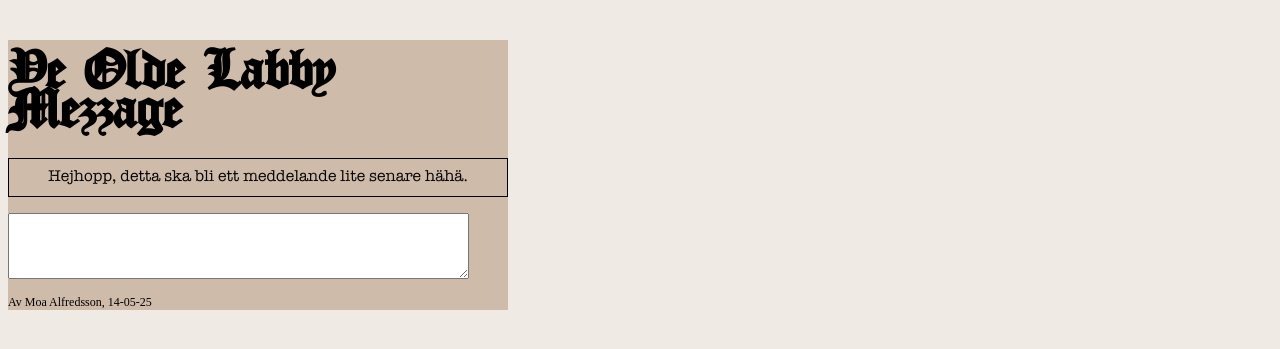
Repository: ma223md/1dv403-laborationer
Page: 2-labbymezzage/index.html
The author's editor kept a record of every edit. The page is drawn from the files as they stood at one moment, then again after the next edit.
The browser window is 1280 px wide. The pictures show the whole page.

Above is the page before.

### 2-labbymezzage/index.html
<!DOCTYPE html>
<html>
    <head>
        <meta charset="UTF-8" />
        <link rel="stylesheet" href="labbymezzagestyle.css" />
        <script src="js/motor.js"></script>
        <script src="js/message.js"></script>
        <title>Labby Mezzage</title>
    </head>
    <body>
        <div id="container">
            <header>
                <h1>Ye Olde Labby Mezzage</h1>
            </header>

            <main>
                <p>Hejhopp, detta ska bli ett meddelande lite senare hähä.</p>
                <textarea rows="4" cols="55"></textarea>
            </main>

            <footer>
                <p>Av Moa Alfredsson, 14-05-25</p>
            </footer>
        </div>
    </body>
</html>

### 2-labbymezzage/labbymezzagestyle.css
@font-face {
    font-family: headline;
    src: url(../2-labbymezzage/fonts/OldLondon.ttf);
}

@font-face {
    font-family: article;
    src: url(fonts/linowrite.ttf);
}

body
{
    background-color: #efebe4;
}

#container {
    width: 500px;
    background-color: #cfbbaa;
}

main p {
    font-family: article;
    text-align: center;
    padding-top: 10px;
    padding-bottom: 10px;
    border-style: solid;
    border-width: 1px;
}

h1 {
    font-family: headline;
    font-size: 60px;
}

footer {
    font-size: 12px;
}

Loaded but not shown: 2-labbymezzage/js/message.js (no copy from this time; the picture is the same without it); 2-labbymezzage/js/motor.js (no stored copy; drawn as an empty file)

After the next edit:
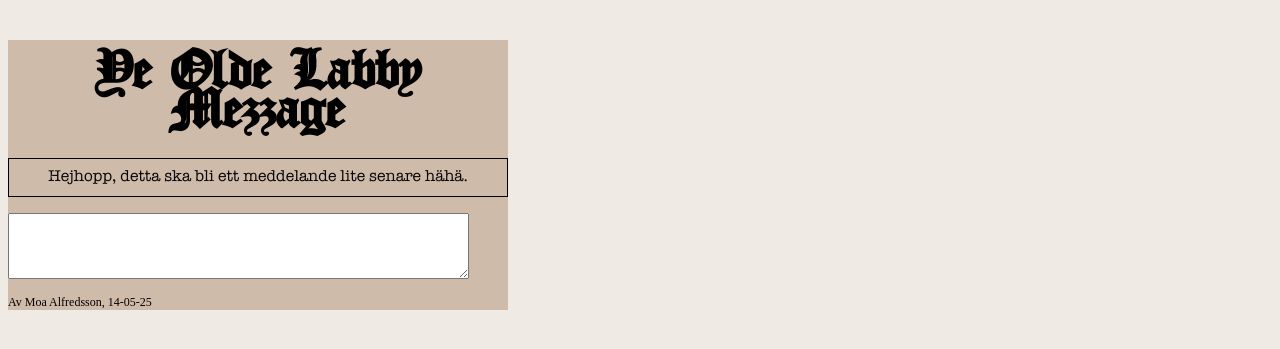
The edit:
--- a/2-labbymezzage/labbymezzagestyle.css
+++ b/2-labbymezzage/labbymezzagestyle.css
@@ -11,6 +11,10 @@
 body
 {
     background-color: #efebe4;
+}
+
+h1 {
+    text-align: center;
 }
 
 #container {
